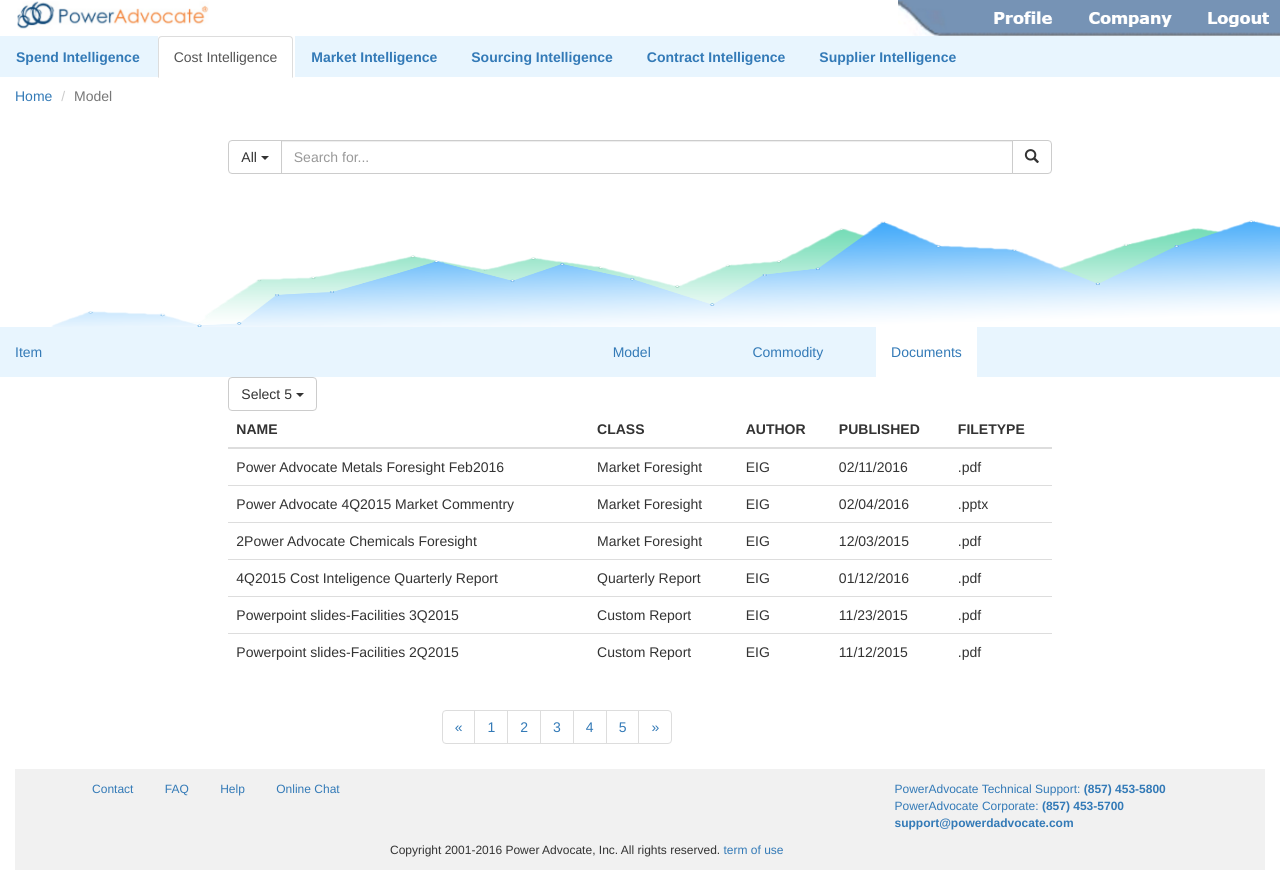
Repository: SamiraMansouri/PowerAdvocate-CostIntelligence-Application-new-Design-using-UserExperience-Method-
Page: http://localhost/PowerAdvocate/WEB-INF/views/Documents.jsp
An editor plug-in stored every save of this project. The page is shown before and after the next save, followed by the edit.
The browser window is 1280 px wide. The pictures show the whole page.
The page is served by Tomcat 9. Nobody is signed in. Other server files are loaded and not shown. The template is opened directly, without the code that normally fills it, so the values that code supplies are empty.

Above is the page before, as saved 2016-04-25 05:52:22.

### PowerAdvocate-Prototype/PowerAdvocate/src/main/webapp/WEB-INF/views/Documents.jsp
<!DOCTYPE html>
<html lang="en">
<head>
<title>Documents</title>
<meta charset="utf-8">
<meta name="viewport" content="width=device-width, initial-scale=1">
<link rel="stylesheet"
	href="http://maxcdn.bootstrapcdn.com/bootstrap/3.3.6/css/bootstrap.min.css">
<script
	src="https://ajax.googleapis.com/ajax/libs/jquery/1.12.0/jquery.min.js"></script>
<script
	src="http://maxcdn.bootstrapcdn.com/bootstrap/3.3.6/js/bootstrap.min.js"></script>
</head>
<style>
.nav .navbar-nav>li>a:hover, .navbar-default .navbar-nav>li>a:focus {
	color: #ffff; /*Sets the text hover color on navbar*/
}

.nav .nav-tabs>.active>a, .nav .nav-tabs>.active>a:hover, .nav .nav-tabs>.active>a:focus
	{
	color: black; /*BACKGROUND color for active*/
	background-color: red;
}

.nav {
	background-color: #e8f5fe;
	border-color: white;
}

.nav>li>a:hover, .nav>li>a:focus {
	text-decoration: none;
	background-color: silver; /*Change rollover cell color here*/
}

.navbar-default .navbar-nav>li>a {
	color: white; /*Change active text color here*/
}

.top-buffer {
	margin-top: 3%;
}

.nav .nav-tabs {
	display: inline-block;
	float: none;
	vertical-align: top;
}

.nav .navbar-collapse {
	text-align: center;
}

#bs-example-navbar-collapse-1 {
	padding: 0;
}

lineblue {
	border-bottom: 5pt solid black;
}

.navbar-nav {
	width: 100%;
	text-align: center; > li { float : none;
	display: inline-block;
}

}
.active {
	background-color: #fff;
}

.btn-warning.btn-outline {
	color: #f0ad4e;
}

.btn-warning.btn-outline:hover {
	color: #fff;
}

.btn-outline {
	background-color: transparent;
	color: inherit;
	transition: all .5s;
}

.footer {
	background-color: #F1F1F1;
	padding-top: 1%;
	font-size: 12px;
}

#col1 li {
	display: inline;
	text-decoration: none;
	padding-left: 5%;
}

#col1 ul {
	padding-left: 0;
}

#col2 li {
	text-decoration: none;
	padding-left: 35%;
	list-style-type: none;
}
.image
{
padding-right:0;

}
ul.nav a:hover { background-color: #e8f5fe; font-weight:bold; !important; }
</style>
<body>

	<div class="container-fluid">
		<div class="row">
			<div class="col-md-4 ">
				<img src="resources/img/pa.png" alt="logo"
					style="width: 50%; height: 30%;">
			</div>
			<div class="col-md-8 image">
				<span class="pull-right "> <img src="resources/img/menu.png"
					class="pull-right " alt="logo" style="width: 60%; height: 30%;">
				</span>
			</div>
		</div>

		<!--end of row-->
		<div class="row">
			<ul class="nav nav-tabs">
				<li role="presentation"><a href="#"><b>Spend
							Intelligence</b></a></li>
				<li role="presentation" class="active"><a href="#">Cost
						Intelligence</a></li>
				<li role="presentation"><a href="#"><b>Market
							Intelligence</b></a></li>
				<li role="presentation"><a href="#"><b>Sourcing
							Intelligence</b></a></li>
				<li role="presentation"><a href="#"><b>Contract
							Intelligence</b></a></li>
				<li role="presentation"><a href="#"><b>Supplier
							Intelligence</b></a></li>
			</ul>
		</div>
		<!--end of row-->

		<div class="row">
			<ol class="breadcrumb"
				style="margin-bottom: 2%; background-color: #fff;">
				<li><a href="/prototype/home">Home</a></li>
				<li class="active">Model</li>
			</ol>
		</div>
		<!-- bread crumb -->

		<div class="row">
			<div class="col-lg-2"></div>
			<div class="col-lg-8">
				<div class="input-group">
					<div class="input-group-btn">
						<button type="button" class="btn btn-default dropdown-toggle"
							data-toggle="dropdown" aria-haspopup="true" aria-expanded="false">
							All <span class="caret"></span>
						</button>
						<ul class="dropdown-menu">
							<li><a href="#">All</a></li>
							<li role="separator" class="divider"></li>
							<li><a href="#">Model</a></li>
							<li><a href="#">Item</a></li>
							<li><a href="#">Commodity</a></li>
						</ul>
					</div>
					<!-- btn-group -->

					<input type="text" class="form-control" placeholder="Search for..." />
					<span class="input-group-btn">
						<button class="btn btn-default" type="button">
							<span class="glyphicon glyphicon-search" aria-hidden="true"></span>
						</button>
					</span>
				</div>
				<!-- /input-group -->
			</div>
			<!-- lg-8 -->
			<div class="col-lg-2"></div>
		</div>
		<!-- /row -->

		<div class="row">
			<div class="col-md-12 image">
				<img  src="resources/img/background_less.png" alt="logo"
					style="width: 100%; height: 115px; margin-top:3%;">
			</div>
		</div>
		<!-- row -->

		<div class="row">
			<div class=" collapse navbar-collapse "
				id="bs-example-navbar-collapse-1">
				<ul class="nav navbar-nav">
				<li><a href="#"></a></li>
				<li><a href="#"></a></li>
				<li><a href="#"></a></li>
				<li><a href="#"></a></li>
				<li><a href="#"></a></li>
				<li><a href="#"></a></li>
				<li><a href="#"></a></li>
				<li><a href="#"></a></li>
					<li ><a href="/prototype/home" >Model</a></li>
									<li><a href="#"></a></li>
					<li class="pull-left"><a href="/prototype/Item">Item</a></li>
									<li><a href="#"></a></li>
					<li><a href="/prototype/Commodity">Commodity</a></li>
									<li><a href="#"></a></li>
					<li class="active"><a href="#">Documents</a></li>
									<li><a href="#"></a></li>
				</ul>
			</div>
			<!-- /.navbar-collapse -->
		</div>

		 <div class="row ">
    	<div class="col-md-2"></div>
    	<div class="col-md-2">
    		  <div class="dropdown pull-left">
  						<button class="btn btn-default dropdown-toggle" type="button" id="dropdownMenu2" data-toggle="dropdown" aria-haspopup="true" aria-expanded="false">
    							Select 5
    						<span class="caret"></span>
  						</button>
  							<ul class="dropdown-menu" aria-labelledby="dropdownMenu2">
    							<li><a href="#">Select 5</a></li>
    							<li><a href="#">Select 10</a></li>
    							<li><a href="#">Select 50</a></li>
    							<li><a href="#">Select 100</a></li>
  							</ul>
			   </div>
    	</div>
    </div>

    <div class="row">
    	<div class="col-sm-2"></div>
    	<div class="col-sm-8">
    		<table class="table table-hover">
    					<thead>
      						<tr>
        						<th>NAME</th>
                    <th>CLASS</th>
        						<th>AUTHOR </th>
        						<th>PUBLISHED</th>
                    <th>FILETYPE</th>
      						</tr>
    					</thead>
    					<tbody>
      							<tr>
        							<td>Power Advocate Metals Foresight Feb2016</td>
                      <td>Market Foresight</td>
        							<td>EIG </td>
        							<td>02/11/2016</td>
                      <td>.pdf</td>
      							</tr>
      							<tr>
        							<td>Power Advocate 4Q2015 Market Commentry</td>
                      <td>Market Foresight</td>
        							<td>EIG </td>
        							<td>02/04/2016</td>
                      <td>.pptx</td>
      							</tr>
      							<tr>
        							<td>2Power Advocate Chemicals Foresight </td>
                      <td>Market Foresight</td>
        							<td>EIG </td>
        							<td>12/03/2015</td>
                      <td>.pdf</td>
      							</tr>
      							<tr>
        							<td>4Q2015 Cost Inteligence Quarterly Report</td>
                      <td>Quarterly Report</td>
                      <td>EIG </td>
        							<td>01/12/2016</td>
                      <td>.pdf</td>
      							</tr>
      							<tr>
        							<td>Powerpoint slides-Facilities 3Q2015</td>
                      <td>Custom Report</td>
        							<td>EIG </td>
        							<td>11/23/2015</td>
                      <td>.pdf</td>
      							</tr>
                    <tr>
                      <td>Powerpoint slides-Facilities 2Q2015</td>
                      <td>Custom Report</td>
                      <td>EIG </td>
                      <td>11/12/2015</td>
                      <td>.pdf</td>
                    </tr>
    					</tbody>
    			</table>
    	</div>
    </div>
	<!-- pagination -->
	<div class="row">
		<div class="col-md-2"></div>
		<div class="col-md-2"></div>
		<div class="col-md-8 ">
			<nav>
				<ul class="pagination">
					<li><a href="#" aria-label="Previous"> <span
							aria-hidden="true">&laquo;</span>
					</a></li>
					<li><a href="#">1</a></li>
					<li><a href="#">2</a></li>
					<li><a href="#">3</a></li>
					<li><a href="#">4</a></li>
					<li><a href="#">5</a></li>
					<li><a href="#" aria-label="Next"> <span
							aria-hidden="true">&raquo;</span>
					</a></li>
				</ul>
			</nav>
		</div>
	</div>
	<!--pagination-->
	<!--footer-->
	<div class="footer">
		<div class="row ">
			<div class="col-md-6" id="col1" style="padding-left: 5%;">
				<ul>
					<li><a src="#"> Contact</a></li>
					<li><a src="#"> FAQ </a></li>
					<li><a src="#"> Help</a></li>
					<li><a src="#"> Online Chat</a></li>
				</ul>
			</div>

			<div class="col-md-6" id="col2">
				<ul>
					<li><a src="#"> PowerAdvocate Technical Support:<b> (857)
							453-5800</b></a></li>
					<li><a src="#"> PowerAdvocate Corporate: <b>(857) 453-5700 </b></a></li>
					<li><a src="#"><b>support@powerdadvocate.com</b> </a></li>
				</ul>
			</div>
		</div>
		<div class="row">
			<div class="col-md-12">
				<p style="padding-left: 30%;">
					Copyright 2001-2016 Power Advocate, Inc. All rights reserved.<a
						src="#"> term of use </a>
				</p>
			</div>
		</div>
	</div>
	<!-- end of footer-->


	</div>
</body>
</html>

After the next save:
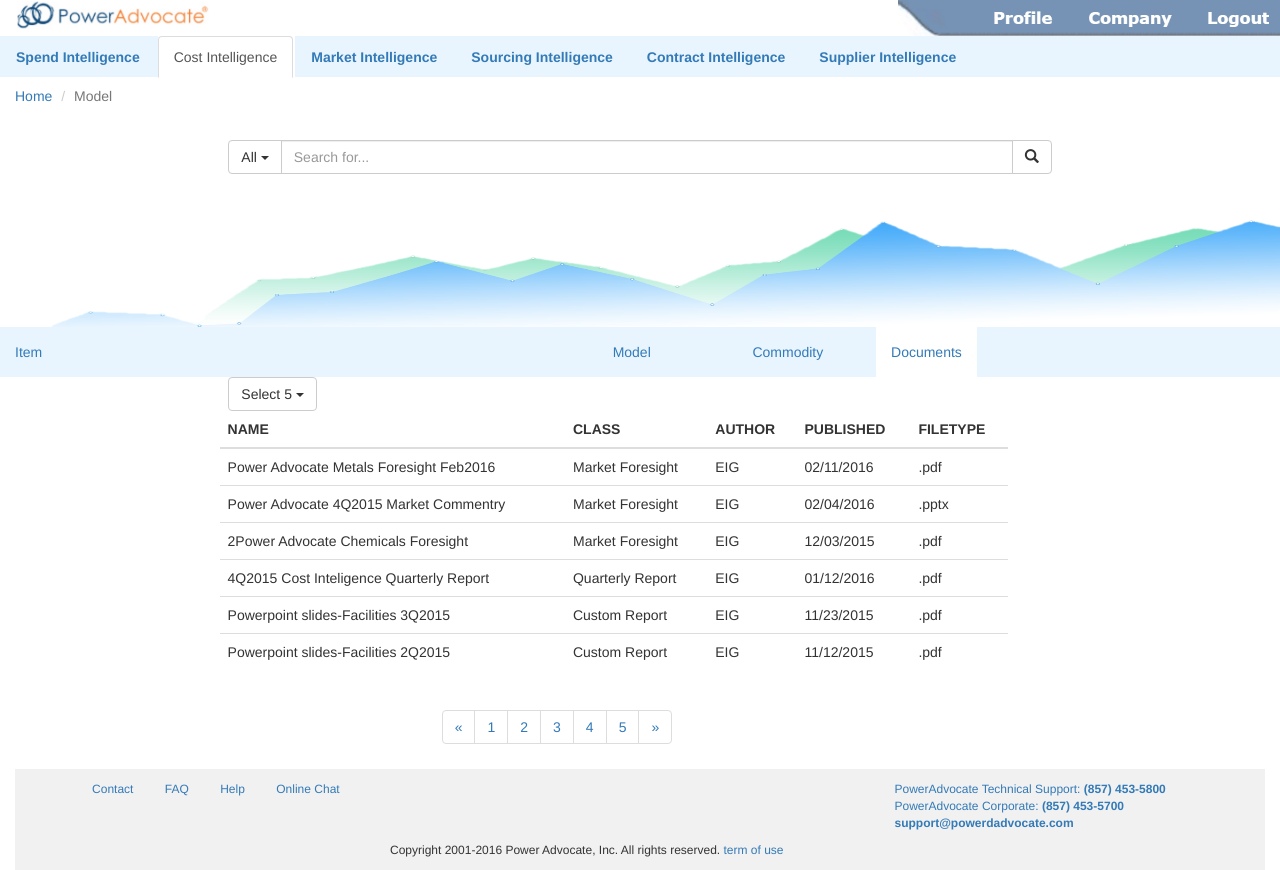
Saved 16 s later.
--- a/PowerAdvocate-Prototype/PowerAdvocate/src/main/webapp/WEB-INF/views/Documents.jsp
+++ b/PowerAdvocate-Prototype/PowerAdvocate/src/main/webapp/WEB-INF/views/Documents.jsp
@@ -238,7 +238,7 @@
     	</div>
     </div>
 
-    <div class="row">
+    <div class="row" style="margin-right:3%;">
     	<div class="col-sm-2"></div>
     	<div class="col-sm-8">
     		<table class="table table-hover">
